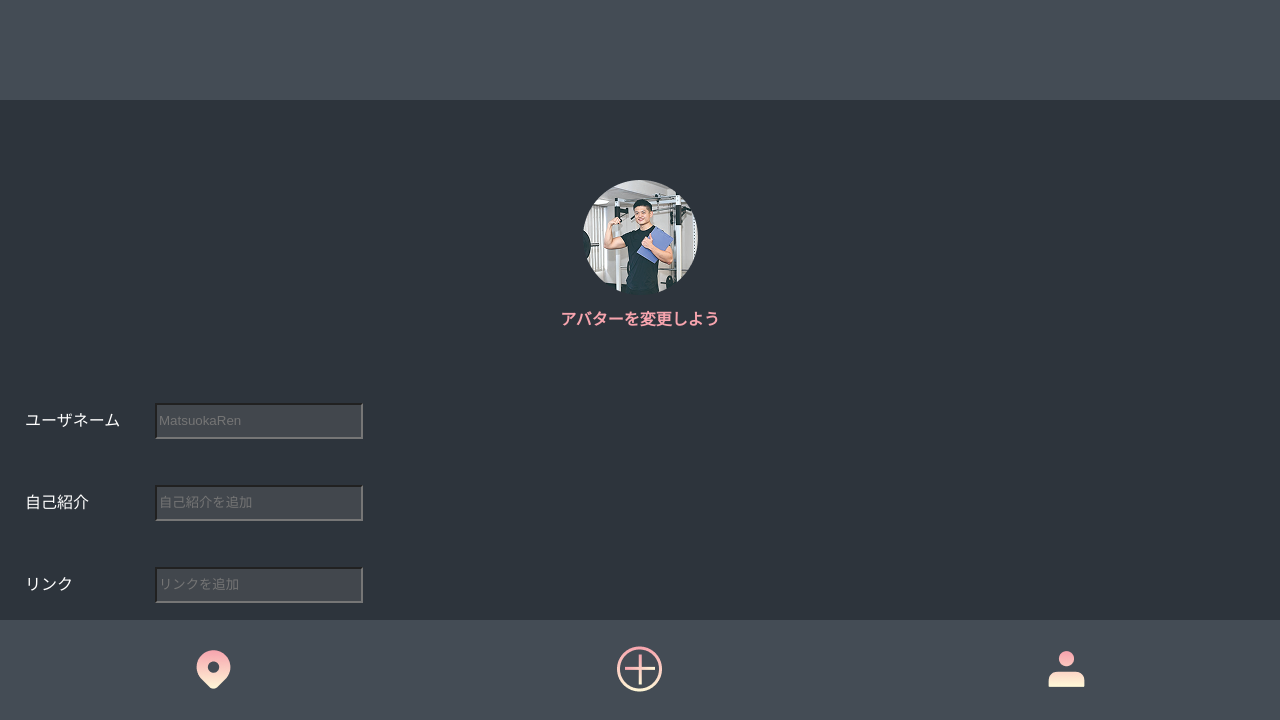
Repository: ren0714poo/respos
Page: edit.html
The author's editor kept a copy of each file at every save. The page is drawn from the files as they stood at one save, then again after the next save.
The browser window is 1280 px wide. The pictures show the whole page.

Above is the page before, as saved 2025-07-17 14:20:29.

After the next save:
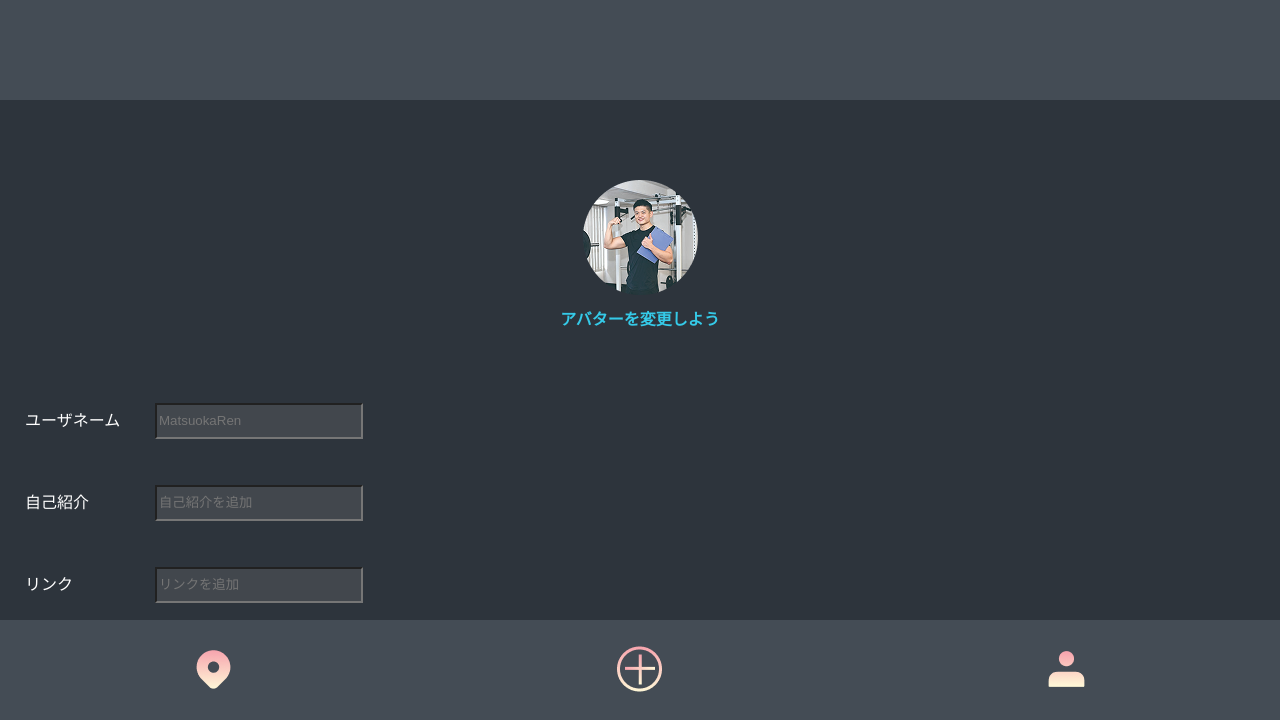
Saved 17 s later.
--- a/css/edit.css
+++ b/css/edit.css
@@ -45,7 +45,7 @@
 h1{
   font-size: 16px;
   text-align: center;
-  color: #F7A4AE;
+  color: #35cae8;
 }
 
 .edit_flex{

After the save that followed:
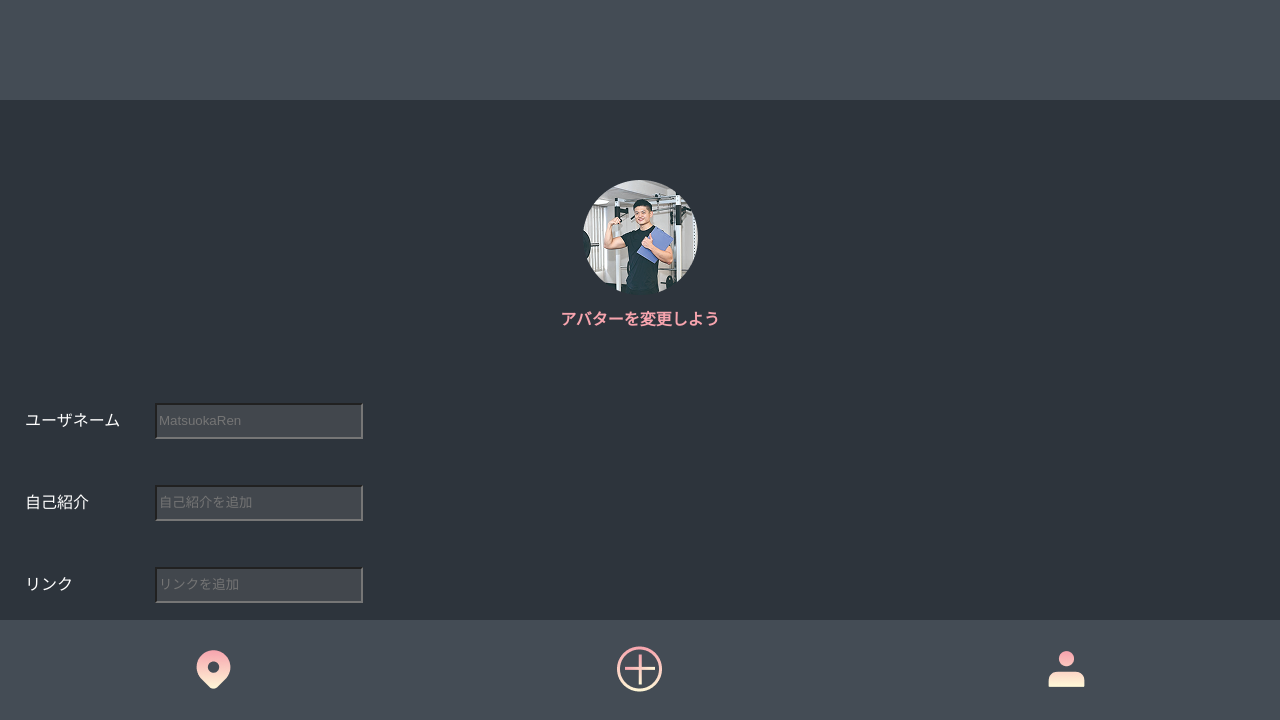
Saved 7 s later.
--- a/css/edit.css
+++ b/css/edit.css
@@ -45,7 +45,7 @@
 h1{
   font-size: 16px;
   text-align: center;
-  color: #35cae8;
+  color: #F7A4AE;
 }
 
 .edit_flex{
